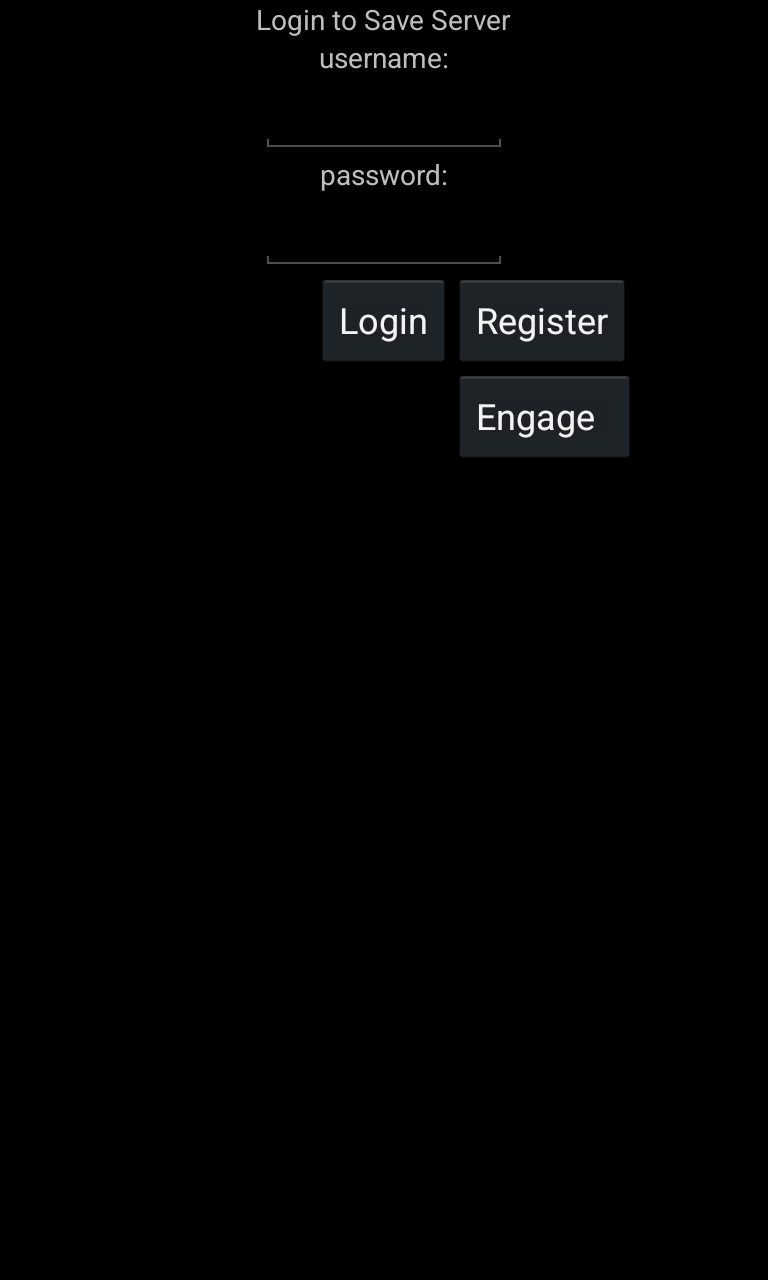
Repository: Keerthanava/The-Elements
Layout: TheElements-dev/res/layout/login_layout.xml
These files come from the project's save history. The layout is drawn as it stood at one moment and after the next save; the edit follows.
It is drawn on a 768 x 1280 px phone screen (xhdpi) without system bars, with theme android:Theme.Holo; the app's code is not run.

Above is the layout before, as saved 2014-07-20 03:49:18.

### TheElements-dev/res/layout/login_layout.xml
<?xml version="1.0" encoding="utf-8"?>


<RelativeLayout
        xmlns:android="http://schemas.android.com/apk/res/android"
   android:orientation="horizontal"
   android:layout_width="fill_parent"
   android:layout_height="fill_parent"
   >

    <TextView android:id="@+id/welcome_text"
        android:text = "Login to Save Server"
        android:layout_width="wrap_content"
                android:layout_height="wrap_content"
                android:layout_centerHorizontal="true"
        />

    <TextView android:id="@+id/username_text"
        android:text = "username:"
        android:layout_centerHorizontal="true"
        android:layout_width="wrap_content"
                android:layout_height="wrap_content"
                android:layout_below="@+id/welcome_text"
        />

    <EditText android:id="@+id/txt_username"
             android:layout_height="wrap_content"
             android:layout_width="250px"
             android:layout_centerHorizontal="true"
             android:layout_below="@+id/username_text"
             android:singleLine="true" />


    <TextView android:id="@+id/password_text"
        android:text = "password:"
        android:layout_centerHorizontal="true"
        android:layout_width="wrap_content"
                android:layout_height="wrap_content"
                android:layout_below="@+id/txt_username"
        />

    <EditText android:id="@+id/txt_password"
                  android:password="true"
             android:layout_height="wrap_content"
             android:layout_width="250px"
             android:layout_centerHorizontal="true"
             android:layout_below="@+id/password_text"
             android:singleLine="true" />

      <Button
      		  android:id="@+id/login_button2"
              android:text="Login"
              android:layout_width="wrap_content"
              android:layout_height="wrap_content"
              android:layout_centerHorizontal="true"
              android:layout_below="@+id/txt_password"
              android:onClick="Login"
              />
      <Button
      		  android:id="@+id/register_button"
              android:text="Register"
              android:layout_width="wrap_content"
              android:layout_height="wrap_content"
              android:layout_centerHorizontal="true"
              android:layout_below="@+id/txt_password"
              android:layout_toRightOf="@+id/login_button2"
              android:onClick="Register"
              />

<Button android:layout_toRightOf="@+id/login_button2" android:layout_width="wrap_content" android:layout_height="wrap_content" android:layout_centerHorizontal="true" android:layout_below="@+id/register_button" android:id="@+id/engage_test" android:text="Engage  "></Button>
</RelativeLayout>

After the next save:
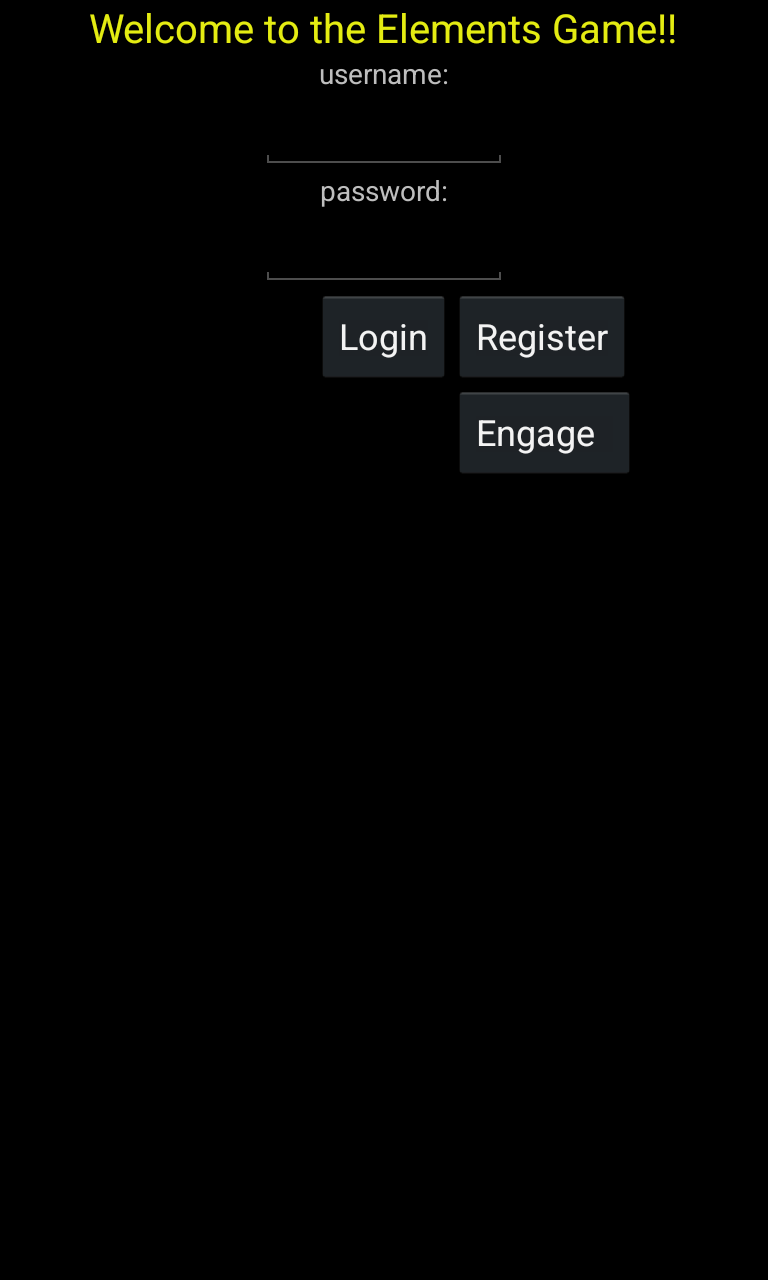
Saved 11 min 42 s later.
--- a/TheElements-dev/res/layout/login_layout.xml
+++ b/TheElements-dev/res/layout/login_layout.xml
@@ -8,12 +8,14 @@
    android:layout_height="fill_parent"
    >
 
-    <TextView android:id="@+id/welcome_text"
-        android:text = "Login to Save Server"
+    <TextView
+        android:id="@+id/welcome_text"
         android:layout_width="wrap_content"
-                android:layout_height="wrap_content"
-                android:layout_centerHorizontal="true"
-        />
+        android:layout_height="wrap_content"
+        android:layout_centerHorizontal="true"
+        android:text="Welcome to the Elements Game!!"
+        android:textSize="20"
+        android:textColor="#e4ec12"/>
 
     <TextView android:id="@+id/username_text"
         android:text = "username:"
